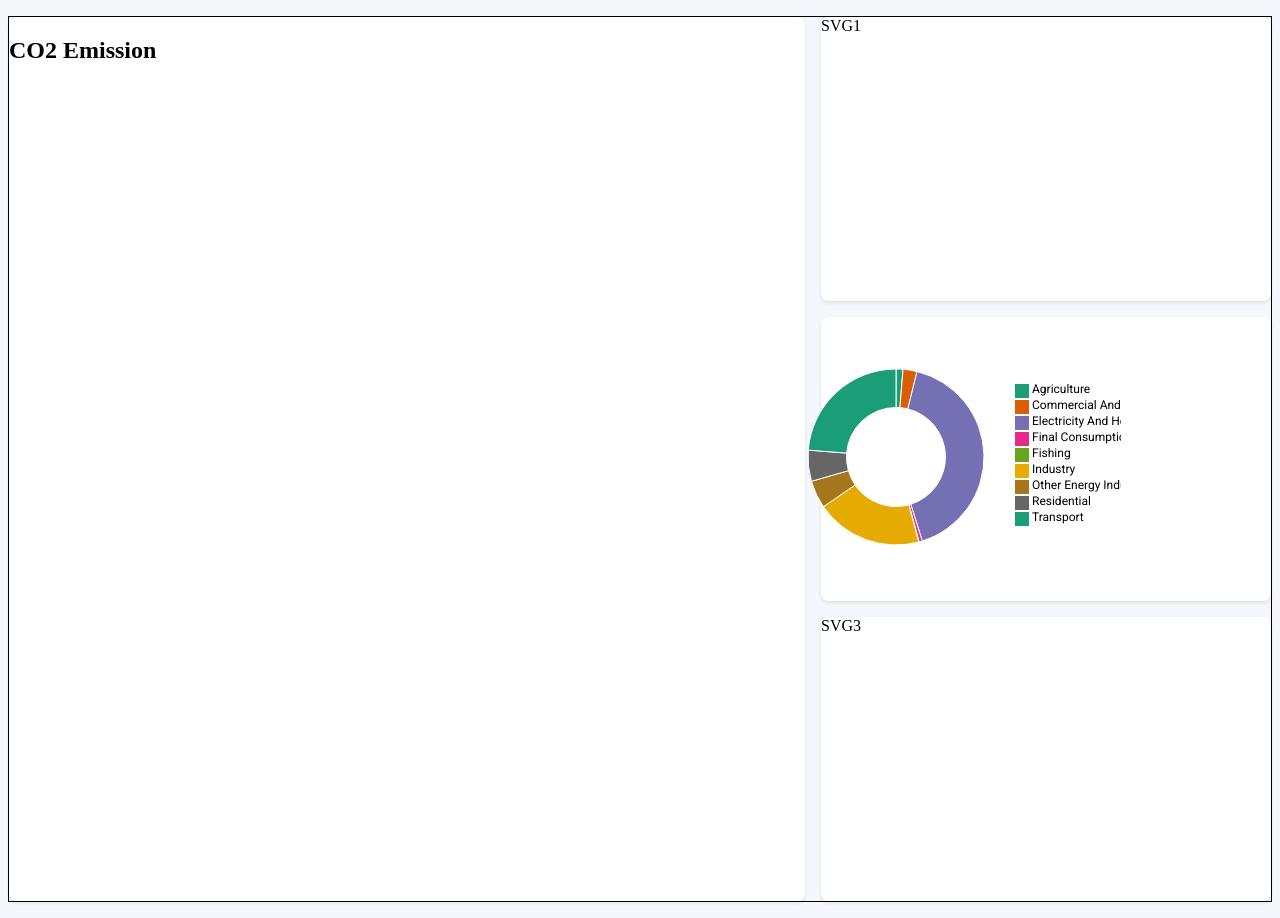
Repository: losmarco/CO2-Emission-Data-Dashboard
Page: index.html
An editor plug-in stored every save of this project. The page is shown before and after the next save, followed by the edit.
The browser window is 1280 px wide. The pictures show the whole page.
The style sheet was rebuilt from its Sass, Less or Tailwind sources for each picture, by a compiler version that may differ from the author's.

Above is the page before, as saved 2020-03-29 17:40:37.

After the next save:
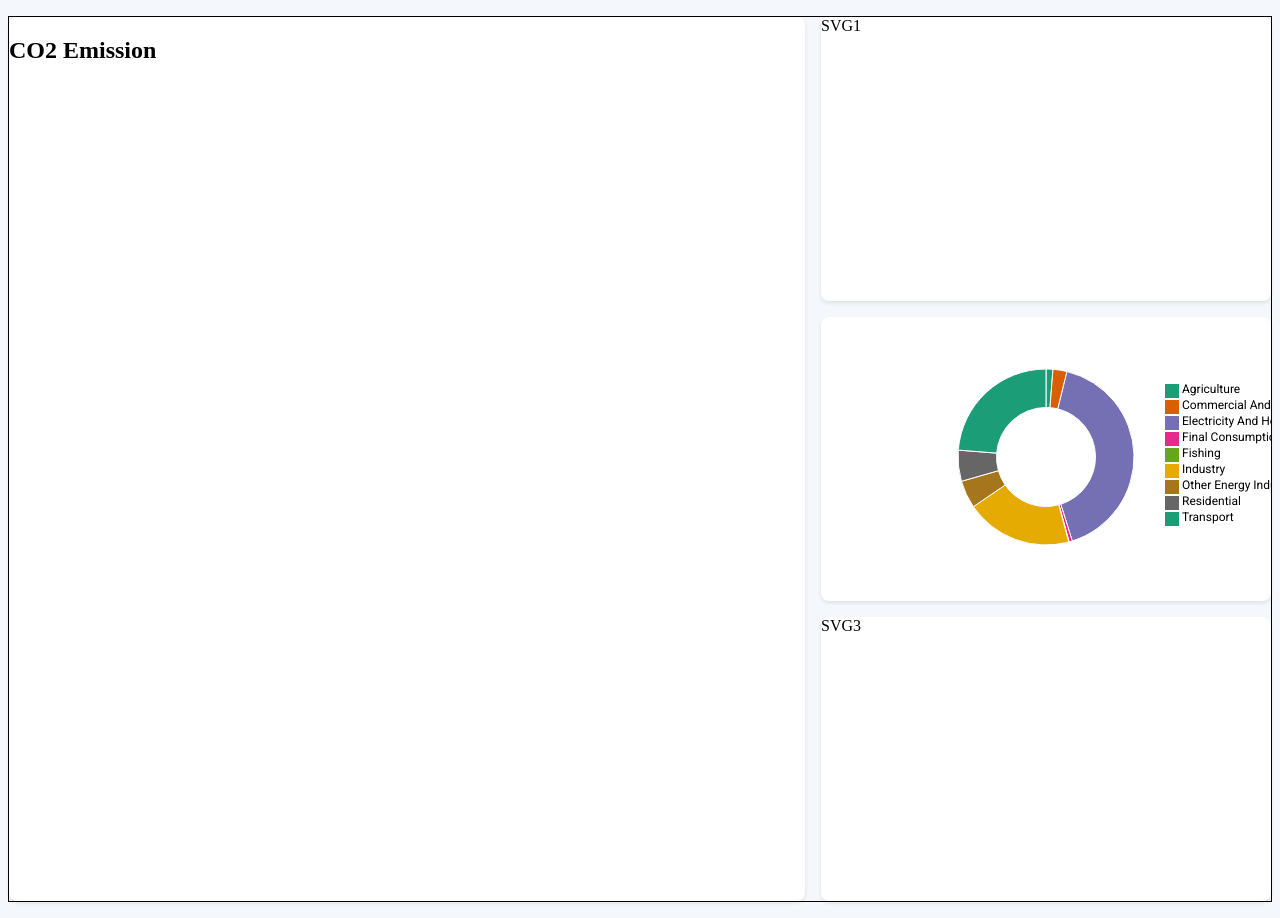
Saved 6 s later.
--- a/style.scss
+++ b/style.scss
@@ -57,9 +57,9 @@ body{
     grid-row:2/3;
     grid-column: 4/5;
     width: 450px;
-    svg{
-        transform: translateX(-150px);
-    }
+    // svg{
+    //     transform: translateX(-150px);
+    // }
     .legend {
         font-family: 'Roboto', sans-serif;
         font-size: 12px;
